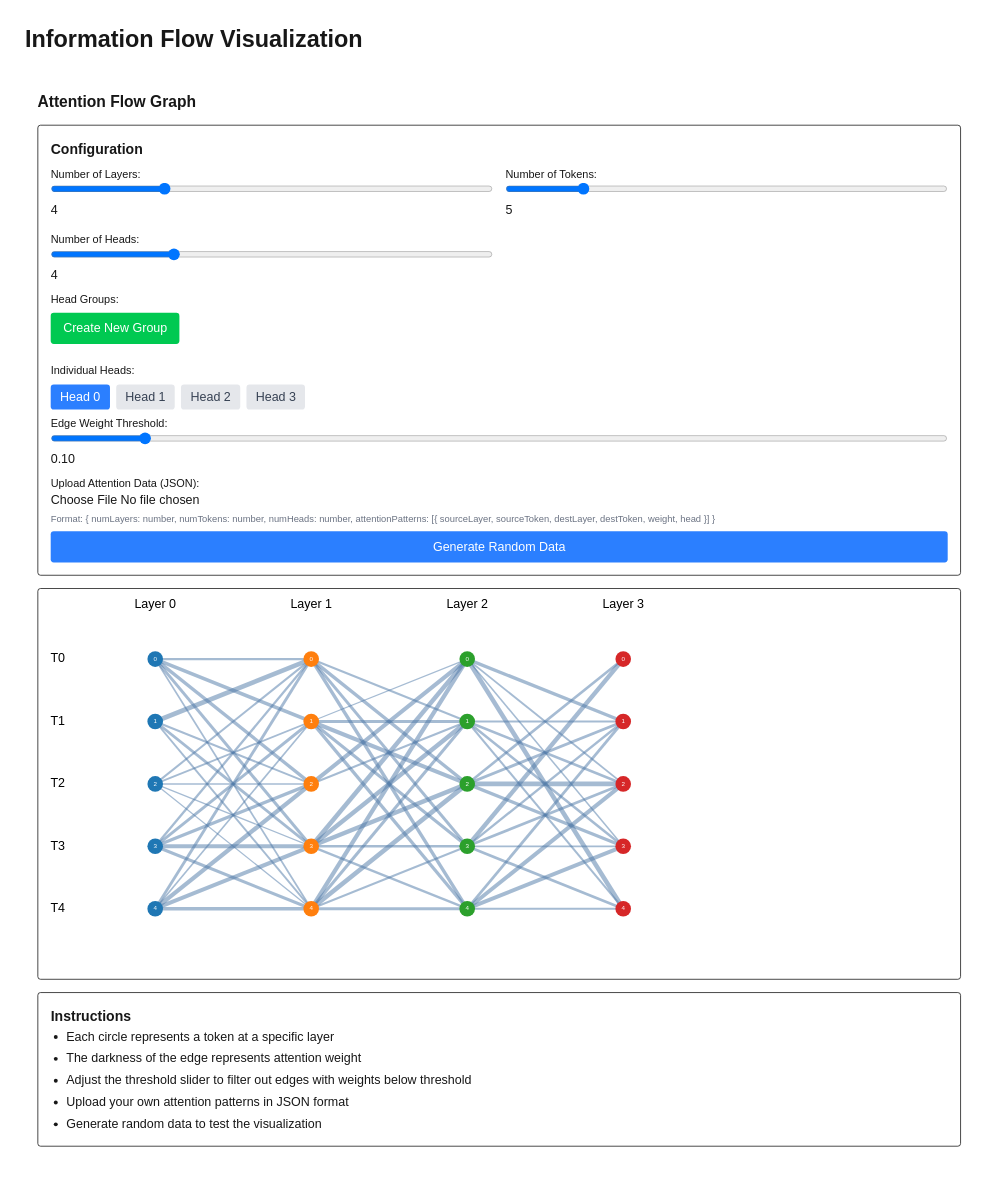
Repository: 2son1a/information_flow
Page: /
An editor plug-in stored every save of this project. The page is shown before and after the next save, followed by the edit.
The browser window is 1280 px wide. The pictures show the whole page, at 78% of full size.
The project was rebuilt for these pictures with package versions that can differ from the ones it lists, and the page was loaded fresh each time. The framework's server and built-in components were replaced by stand-ins that run in the browser. Also part of the build but not shown: next.config.ts.

Above is the page before, as saved 2025-03-08 19:06:17.

### app/page.tsx
import AttentionFlowGraph from './components/attention-flow-graph';

export default function Home() {
  return (
    <main className="min-h-screen p-8">
      <h1 className="text-3xl font-bold mb-8">Information Flow Visualization</h1>
      <AttentionFlowGraph />
    </main>
  );
}

### app/components/attention-flow-graph.tsx
"use client";

import React, { useState, useEffect, useRef, ChangeEvent } from 'react';
import * as d3 from 'd3';

interface AttentionPattern {
  sourceLayer: number;
  sourceToken: number;
  destLayer: number;
  destToken: number;
  weight: number;
  head: number;
}

interface HeadGroup {
  id: number;
  name: string;
  heads: number[];
}

interface GraphData {
  numLayers: number;
  numTokens: number;
  numHeads: number;
  attentionPatterns: AttentionPattern[];
}

interface Node {
  id: string;
  layer: number;
  token: number;
  x: number;
  y: number;
}

interface Link {
  source: string;
  target: string;
  weight: number;
  head: number;
  groupId: number;
}

const AttentionFlowGraph = () => {
  const [data, setData] = useState<GraphData>({
    numLayers: 4,
    numTokens: 5,
    numHeads: 4,
    attentionPatterns: []
  });
  const [threshold, setThreshold] = useState(0.1);
  const [selectedHeads, setSelectedHeads] = useState<number[]>([]);
  const [loading, setLoading] = useState(false);
  const [headGroups, setHeadGroups] = useState<HeadGroup[]>([]);
  const [nextGroupId, setNextGroupId] = useState(0);
  const svgRef = useRef(null);

  // Generate some sample attention data
  useEffect(() => {
    generateSampleData();
  }, []);

  const generateSampleData = () => {
    const numLayers = data.numLayers;
    const numTokens = data.numTokens;
    const numHeads = data.numHeads;
    let attentionPatterns = [];

    // For each layer (except layer 0 which has no attention)
    for (let l = 1; l < numLayers; l++) {
      // For each attention head
      for (let h = 0; h < numHeads; h++) {
        // For each destination token in this layer
        for (let destT = 0; destT < numTokens; destT++) {
          // For each source token in previous layer
          for (let srcT = 0; srcT < numTokens; srcT++) {
            // Generate random attention weight
            const weight = Math.random();
            attentionPatterns.push({
              sourceLayer: l-1,
              sourceToken: srcT,
              destLayer: l,
              destToken: destT,
              weight: weight,
              head: h
            });
          }
        }
      }
    }

    setData({
      numLayers,
      numTokens,
      numHeads,
      attentionPatterns
    });

    // Initialize selected heads if empty
    if (selectedHeads.length === 0) {
      setSelectedHeads([0]); // Default to first head
    }
  };

  // Draw the graph whenever data or threshold changes
  useEffect(() => {
    if (!data.attentionPatterns.length) return;
    drawGraph();
  }, [data, threshold]);

  const handleLayersChange = (e: ChangeEvent<HTMLInputElement>) => {
    const value = parseInt(e.target.value);
    setData(prev => ({
      ...prev,
      numLayers: value
    }));

    // Regenerate data when layers change
    setTimeout(generateSampleData, 0);
  };

  const handleTokensChange = (e: ChangeEvent<HTMLInputElement>) => {
    const value = parseInt(e.target.value);
    setData(prev => ({
      ...prev,
      numTokens: value
    }));

    // Regenerate data when tokens change
    setTimeout(generateSampleData, 0);
  };

  const handleThresholdChange = (e: ChangeEvent<HTMLInputElement>) => {
    setThreshold(parseFloat(e.target.value));
  };

  const handleHeadSelection = (head: number) => {
    setSelectedHeads(prev => {
      if (prev.includes(head)) {
        return prev.filter(h => h !== head);
      } else {
        return [...prev, head];
      }
    });
  };

  const handleNumHeadsChange = (e: ChangeEvent<HTMLInputElement>) => {
    const value = parseInt(e.target.value);
    setData(prev => ({
      ...prev,
      numHeads: value
    }));

    // Reset selected heads
    setSelectedHeads([0]);

    // Regenerate data when heads change
    setTimeout(generateSampleData, 0);
  };

  const uploadAttentionData = (e: ChangeEvent<HTMLInputElement>) => {
    const file = e.target.files?.[0];
    if (!file) return;

    setLoading(true);

    const reader = new FileReader();
    reader.onload = (event: ProgressEvent<FileReader>) => {
      try {
        const jsonData = JSON.parse(event.target?.result as string) as GraphData;
        setData(jsonData);
        setLoading(false);
      } catch (error) {
        console.error("Error parsing JSON:", error);
        alert("Invalid JSON file");
        setLoading(false);
      }
    };

    reader.readAsText(file);
  };

  const createNewGroup = () => {
    const newGroup: HeadGroup = {
      id: nextGroupId,
      name: `Group ${nextGroupId + 1}`,
      heads: []
    };
    setHeadGroups(prev => [...prev, newGroup]);
    setNextGroupId(prev => prev + 1);
  };

  const deleteGroup = (groupId: number) => {
    setHeadGroups(prev => prev.filter(g => g.id !== groupId));
  };

  const addHeadToGroup = (head: number, groupId: number) => {
    // Remove head from any existing group
    setHeadGroups(prev => prev.map(group => ({
      ...group,
      heads: group.heads.filter(h => h !== head)
    })));

    // Add head to new group
    setHeadGroups(prev => prev.map(group =>
      group.id === groupId
        ? { ...group, heads: [...group.heads, head] }
        : group
    ));
  };

  const getHeadGroup = (head: number): number | null => {
    const group = headGroups.find(g => g.heads.includes(head));
    return group ? group.id : null;
  };

  const renameGroup = (groupId: number, newName: string) => {
    setHeadGroups(prev => prev.map(group =>
      group.id === groupId
        ? { ...group, name: newName }
        : group
    ));
  };

  const drawGraph = () => {
    const svg = d3.select(svgRef.current);
    svg.selectAll("*").remove();

    const width = 900;
    const height = 500;
    const padding = 50;
    const layerWidth = (width - 2 * padding) / (data.numLayers);
    const tokenHeight = (height - 2 * padding) / (data.numTokens);

    // Create nodes
    const nodes: Node[] = [];
    for (let l = 0; l < data.numLayers; l++) {
      for (let t = 0; t < data.numTokens; t++) {
        nodes.push({
          id: `${l}-${t}`,
          layer: l,
          token: t,
          x: padding + l * layerWidth + layerWidth / 2,
          y: padding + t * tokenHeight + tokenHeight / 2,
        });
      }
    }

    // Filter edges based on threshold and selected heads
    const links: Link[] = data.attentionPatterns
      .filter(edge => edge.weight >= threshold && selectedHeads.includes(edge.head))
      .map(edge => ({
        source: `${edge.sourceLayer}-${edge.sourceToken}`,
        target: `${edge.destLayer}-${edge.destToken}`,
        weight: edge.weight,
        head: edge.head,
        groupId: getHeadGroup(edge.head) ?? -1
      }));

    // Create color scale for groups
    const groupColorScale = d3.scaleOrdinal(d3.schemeTableau10)
      .domain(headGroups.map(g => g.id.toString()));

    // Draw layers and tokens labels
    const g = svg.append("g");

    // Layer labels
    for (let l = 0; l < data.numLayers; l++) {
      g.append("text")
        .attr("x", padding + l * layerWidth + layerWidth / 2)
        .attr("y", padding / 2)
        .attr("text-anchor", "middle")
        .text(`Layer ${l}`);
    }

    // Token labels
    for (let t = 0; t < data.numTokens; t++) {
      g.append("text")
        .attr("x", padding / 2)
        .attr("y", padding + t * tokenHeight + tokenHeight / 2)
        .attr("text-anchor", "middle")
        .attr("dominant-baseline", "middle")
        .text(`T${t}`);
    }

    // Draw edges first (so they're behind nodes)
    const linkElements = g.selectAll("line")
      .data(links)
      .enter()
      .append("line")
      .attr("x1", (d: Link) => nodes.find(n => n.id === d.source)!.x)
      .attr("y1", (d: Link) => nodes.find(n => n.id === d.source)!.y)
      .attr("x2", (d: Link) => nodes.find(n => n.id === d.target)!.x)
      .attr("y2", (d: Link) => nodes.find(n => n.id === d.target)!.y)
      .attr("stroke", (d: Link) => d.groupId === -1
        ? d3.schemeTableau10[d.head % 10]  // Ungrouped heads
        : groupColorScale(d.groupId.toString())  // Grouped heads
      )
      .attr("stroke-width", (d: Link) => 1 + d.weight * 5)
      .attr("opacity", 0.5);

    // Draw nodes
    const nodeElements = g.selectAll("circle")
      .data(nodes)
      .enter()
      .append("circle")
      .attr("cx", (d: Node) => d.x)
      .attr("cy", (d: Node) => d.y)
      .attr("r", 10)
      .attr("fill", (d: Node) => d3.schemeCategory10[d.layer % 10]);

    // Add node labels
    g.selectAll("text.node-label")
      .data(nodes)
      .enter()
      .append("text")
      .attr("class", "node-label")
      .attr("x", (d: Node) => d.x)
      .attr("y", (d: Node) => d.y)
      .attr("text-anchor", "middle")
      .attr("dominant-baseline", "middle")
      .attr("fill", "white")
      .attr("font-size", "8px")
      .text((d: Node) => `${d.token}`);

    // Add tooltips to edges
    linkElements
      .append("title")
      .text((d: Link) => `Weight: ${d.weight.toFixed(4)}`);

    // Add tooltips to nodes
    nodeElements
      .append("title")
      .text((d: Node) => `Layer ${d.layer}, Token ${d.token}`);
  };

  return (
    <div className="flex flex-col gap-4 p-4">
      <h2 className="text-xl font-bold">Attention Flow Graph</h2>

      <div className="flex flex-col gap-2 p-4 border rounded">
        <h3 className="text-lg font-semibold">Configuration</h3>

        <div className="grid grid-cols-2 gap-4">
          <div>
            <label className="block text-sm font-medium">Number of Layers:</label>
            <input
              type="range"
              min="2"
              max="10"
              value={data.numLayers}
              onChange={handleLayersChange}
              className="w-full"
            />
            <span>{data.numLayers}</span>
          </div>

          <div>
            <label className="block text-sm font-medium">Number of Tokens:</label>
            <input
              type="range"
              min="2"
              max="20"
              value={data.numTokens}
              onChange={handleTokensChange}
              className="w-full"
            />
            <span>{data.numTokens}</span>
          </div>

          <div>
            <label className="block text-sm font-medium">Number of Heads:</label>
            <input
              type="range"
              min="1"
              max="12"
              value={data.numHeads}
              onChange={handleNumHeadsChange}
              className="w-full"
            />
            <span>{data.numHeads}</span>
          </div>
        </div>

        <div>
          <label className="block text-sm font-medium mb-2">Head Groups:</label>
          <div className="flex flex-col gap-4">
            <button
              onClick={createNewGroup}
              className="px-4 py-2 bg-green-500 text-white rounded hover:bg-green-600 w-fit"
            >
              Create New Group
            </button>

            <div className="space-y-4">
              {headGroups.map(group => (
                <div key={group.id} className="flex flex-col gap-2 p-3 border rounded">
                  <div className="flex items-center gap-2">
                    <input
                      type="text"
                      value={group.name}
                      onChange={(e) => renameGroup(group.id, e.target.value)}
                      className="px-2 py-1 border rounded"
                    />
                    <button
                      onClick={() => deleteGroup(group.id)}
                      className="px-2 py-1 bg-red-500 text-white rounded hover:bg-red-600"
                    >
                      Delete
                    </button>
                  </div>

                  <div className="flex flex-wrap gap-2">
                    {Array.from({length: data.numHeads}, (_, i) => (
                      <button
                        key={i}
                        onClick={() => addHeadToGroup(i, group.id)}
                        className={`px-3 py-1 rounded ${
                          group.heads.includes(i)
                            ? 'bg-blue-500 text-white'
                            : 'bg-gray-200 text-gray-700'
                        }`}
                      >
                        Head {i}
                      </button>
                    ))}
                  </div>
                </div>
              ))}
            </div>
          </div>
        </div>

        <div>
          <label className="block text-sm font-medium mb-2">Individual Heads:</label>
          <div className="flex flex-wrap gap-2">
            {Array.from({length: data.numHeads}, (_, i) => (
              <button
                key={i}
                onClick={() => handleHeadSelection(i)}
                className={`px-3 py-1 rounded ${
                  selectedHeads.includes(i)
                    ? 'bg-blue-500 text-white'
                    : 'bg-gray-200 text-gray-700'
                }`}
                style={{
                  backgroundColor: getHeadGroup(i) !== null
                    ? d3.schemeTableau10[getHeadGroup(i)! % 10]
                    : undefined
                }}
              >
                Head {i}
              </button>
            ))}
          </div>
        </div>

        <div>
          <label className="block text-sm font-medium">Edge Weight Threshold:</label>
          <input
            type="range"
            min="0"
            max="1"
            step="0.01"
            value={threshold}
            onChange={handleThresholdChange}
            className="w-full"
          />
          <span>{threshold.toFixed(2)}</span>
        </div>

        <div>
          <label className="block text-sm font-medium">Upload Attention Data (JSON):</label>
          <input
            type="file"
            accept=".json"
            onChange={uploadAttentionData}
            className="w-full"
          />
          <p className="text-xs text-gray-500 mt-1">
            Format: {`{ numLayers: number, numTokens: number, numHeads: number, attentionPatterns: [{ sourceLayer, sourceToken, destLayer, destToken, weight, head }] }`}
          </p>
        </div>

        <button
          onClick={generateSampleData}
          className="px-4 py-2 bg-blue-500 text-white rounded hover:bg-blue-600"
        >
          Generate Random Data
        </button>
      </div>

      {loading ? (
        <div className="flex justify-center items-center h-96">
          <p>Loading...</p>
        </div>
      ) : (
        <div className="border rounded overflow-auto">
          <svg ref={svgRef} width="900" height="500"></svg>
        </div>
      )}

      <div className="p-4 border rounded">
        <h3 className="text-lg font-semibold">Instructions</h3>
        <ul className="list-disc pl-5 space-y-1">
          <li>Each circle represents a token at a specific layer</li>
          <li>The darkness of the edge represents attention weight</li>
          <li>Adjust the threshold slider to filter out edges with weights below threshold</li>
          <li>Upload your own attention patterns in JSON format</li>
          <li>Generate random data to test the visualization</li>
        </ul>
      </div>
    </div>
  );
};

export default AttentionFlowGraph;

Loaded but not shown: app/layout.tsx (common file); app/globals.css (common file)

After the next save:
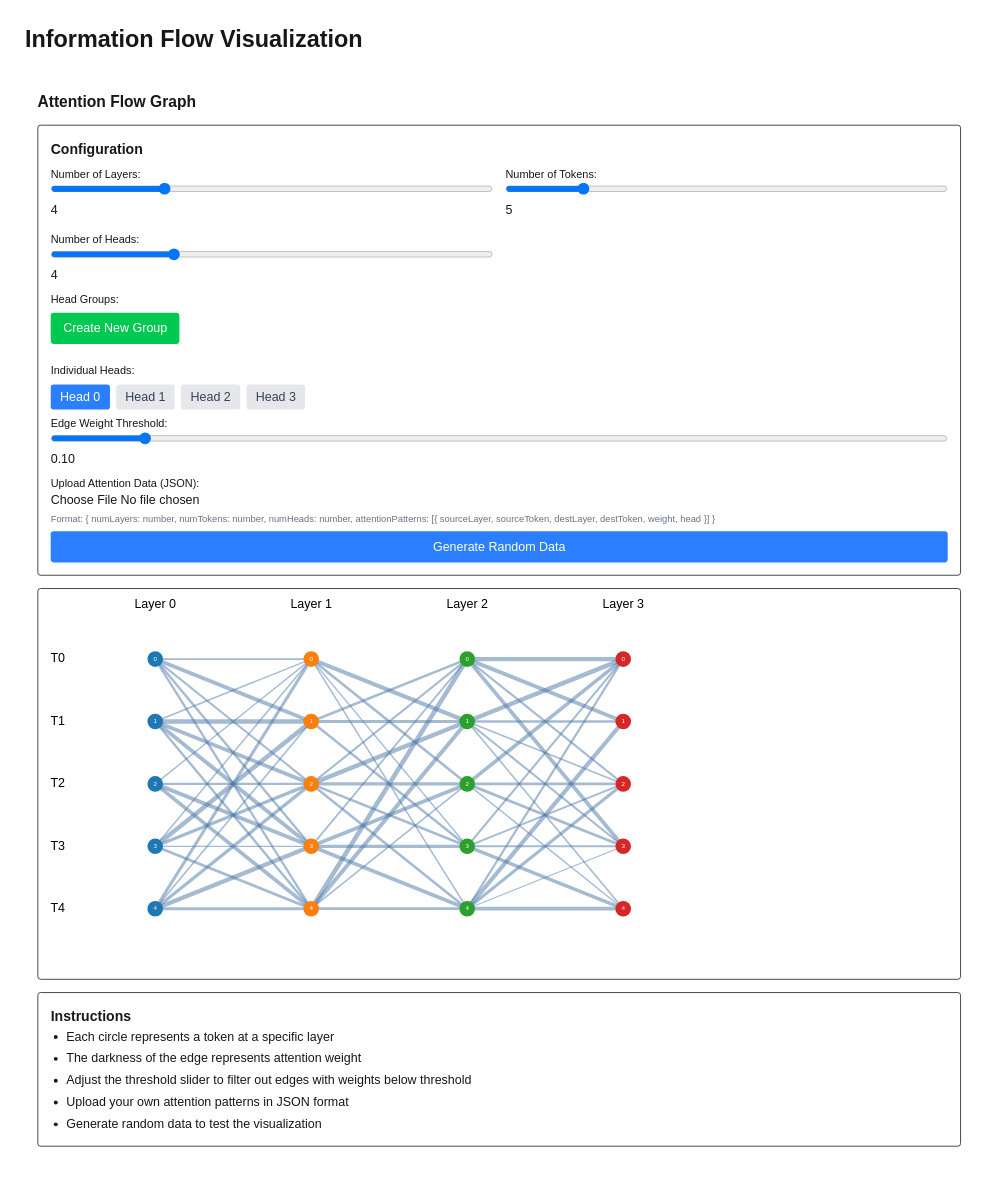
Saved 5 min 41 s later.
--- a/app/components/attention-flow-graph.tsx
+++ b/app/components/attention-flow-graph.tsx
@@ -61,9 +61,13 @@ const AttentionFlowGraph = () => {
   }, []);
 
   const generateSampleData = () => {
-    const numLayers = data.numLayers;
-    const numTokens = data.numTokens;
-    const numHeads = data.numHeads;
+    generateSampleDataWithParams(data);
+  };
+
+  const generateSampleDataWithParams = (params: GraphData) => {
+    const numLayers = params.numLayers;
+    const numTokens = params.numTokens;
+    const numHeads = params.numHeads;
     let attentionPatterns = [];
 
     // For each layer (except layer 0 which has no attention)
@@ -102,32 +106,36 @@ const AttentionFlowGraph = () => {
     }
   };
 
-  // Draw the graph whenever data or threshold changes
+  // Draw the graph whenever relevant state changes
   useEffect(() => {
     if (!data.attentionPatterns.length) return;
     drawGraph();
-  }, [data, threshold]);
+  }, [data, threshold, selectedHeads, headGroups]);
 
   const handleLayersChange = (e: ChangeEvent<HTMLInputElement>) => {
     const value = parseInt(e.target.value);
-    setData(prev => ({
-      ...prev,
-      numLayers: value
-    }));
-
-    // Regenerate data when layers change
-    setTimeout(generateSampleData, 0);
+    setData(prev => {
+      const newData = {
+        ...prev,
+        numLayers: value
+      };
+      // Immediately generate new data
+      generateSampleDataWithParams(newData);
+      return newData;
+    });
   };
 
   const handleTokensChange = (e: ChangeEvent<HTMLInputElement>) => {
     const value = parseInt(e.target.value);
-    setData(prev => ({
-      ...prev,
-      numTokens: value
-    }));
-
-    // Regenerate data when tokens change
-    setTimeout(generateSampleData, 0);
+    setData(prev => {
+      const newData = {
+        ...prev,
+        numTokens: value
+      };
+      // Immediately generate new data
+      generateSampleDataWithParams(newData);
+      return newData;
+    });
   };
 
   const handleThresholdChange = (e: ChangeEvent<HTMLInputElement>) => {
@@ -146,16 +154,18 @@ const AttentionFlowGraph = () => {
 
   const handleNumHeadsChange = (e: ChangeEvent<HTMLInputElement>) => {
     const value = parseInt(e.target.value);
-    setData(prev => ({
-      ...prev,
-      numHeads: value
-    }));
+    setData(prev => {
+      const newData = {
+        ...prev,
+        numHeads: value
+      };
+      // Immediately generate new data
+      generateSampleDataWithParams(newData);
+      return newData;
+    });
 
     // Reset selected heads
     setSelectedHeads([0]);
-
-    // Regenerate data when heads change
-    setTimeout(generateSampleData, 0);
   };
 
   const uploadAttentionData = (e: ChangeEvent<HTMLInputElement>) => {
@@ -195,18 +205,20 @@ const AttentionFlowGraph = () => {
   };
 
   const addHeadToGroup = (head: number, groupId: number) => {
-    // Remove head from any existing group
-    setHeadGroups(prev => prev.map(group => ({
-      ...group,
-      heads: group.heads.filter(h => h !== head)
-    })));
-
-    // Add head to new group
-    setHeadGroups(prev => prev.map(group =>
-      group.id === groupId
-        ? { ...group, heads: [...group.heads, head] }
-        : group
-    ));
+    setHeadGroups(prev => {
+      // First remove head from any existing group
+      const groupsWithoutHead = prev.map(group => ({
+        ...group,
+        heads: group.heads.filter(h => h !== head)
+      }));
+
+      // Then add head to new group
+      return groupsWithoutHead.map(group =>
+        group.id === groupId
+          ? { ...group, heads: [...group.heads, head] }
+          : group
+      );
+    });
   };
 
   const getHeadGroup = (head: number): number | null => {
